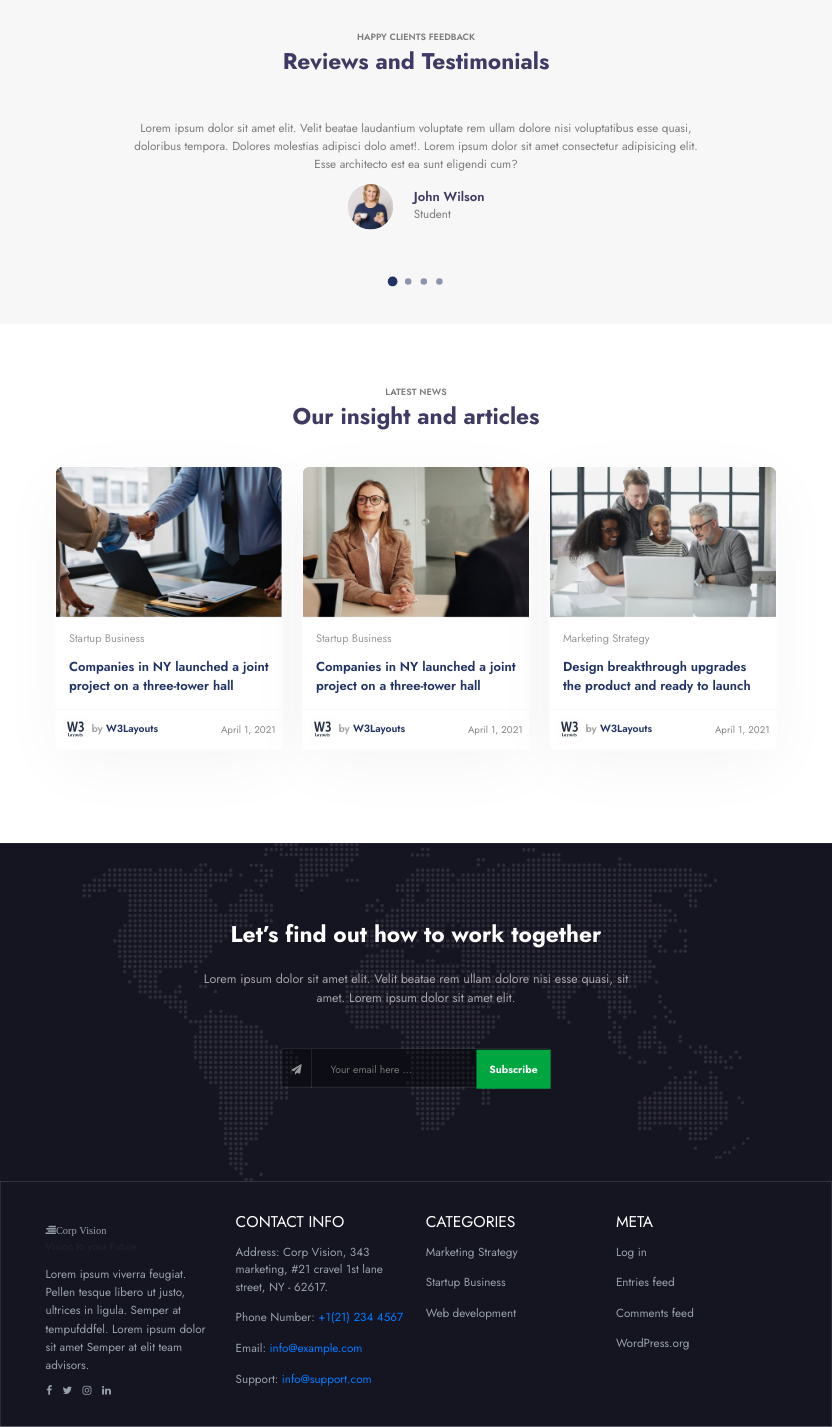
Repository: khaipnp/corpvision
Page: index.html
An editor plug-in stored every save of this project. The page is shown before and after the next save, followed by the edit.
The browser window is 1280 px wide. The pictures show the whole page, at 65% of full size.

Above is the page before, as saved 2021-07-04 13:32:26.

### index.html
<!DOCTYPE html>
<html lang="en">
  <head>
    <meta charset="UTF-8" />
    <meta http-equiv="X-UA-Compatible" content="IE=edge" />
    <meta name="viewport" content="width=device-width, initial-scale=1.0" />
    <title>Corpvision</title>
    <meta name="description" content="Corpvision Website" />
    <!-- FONT-GOOGLE -->
    <link rel="preconnect" href="https://fonts.gstatic.com" />
    <link
      href="https://fonts.googleapis.com/css2?family=Jost:ital,wght@0,100;0,200;0,300;0,400;0,500;0,600;0,700;0,800;0,900;1,400&display=swap"
      rel="stylesheet"
    />
    <!-- FONT-AWSOME -->
    <link
      rel="stylesheet"
      href="https://cdnjs.cloudflare.com/ajax/libs/font-awesome/5.15.3/css/all.min.css"
      integrity="sha512-iBBXm8fW90+nuLcSKlbmrPcLa0OT92xO1BIsZ+ywDWZCvqsWgccV3gFoRBv0z+8dLJgyAHIhR35VZc2oM/gI1w=="
      crossorigin="anonymous"
      referrerpolicy="no-referrer"
    />
    <link rel="stylesheet" href="./css/font-awesome.min.css" />
    <!-- OWL CAROUSEL -->
    <link
      rel="stylesheet"
      href="https://cdnjs.cloudflare.com/ajax/libs/OwlCarousel2/2.3.4/assets/owl.carousel.min.css"
      integrity="sha512-tS3S5qG0BlhnQROyJXvNjeEM4UpMXHrQfTGmbQ1gKmelCxlSEBUaxhRBj/EFTzpbP4RVSrpEikbmdJobCvhE3g=="
      crossorigin="anonymous"
      referrerpolicy="no-referrer"
    />
    <link
      rel="stylesheet"
      href="https://cdnjs.cloudflare.com/ajax/libs/OwlCarousel2/2.3.4/assets/owl.theme.default.css"
      integrity="sha512-OTcub78R3msOCtY3Tc6FzeDJ8N9qvQn1Ph49ou13xgA9VsH9+LRxoFU6EqLhW4+PKRfU+/HReXmSZXHEkpYoOA=="
      crossorigin="anonymous"
      referrerpolicy="no-referrer"
    />
    <!-- BOOTSTRAP -->
    <link
      rel="stylesheet"
      href="https://cdn.jsdelivr.net/npm/bootstrap@4.6.0/dist/css/bootstrap.min.css"
      integrity="sha384-B0vP5xmATw1+K9KRQjQERJvTumQW0nPEzvF6L/Z6nronJ3oUOFUFpCjEUQouq2+l"
      crossorigin="anonymous"
    />
    <!-- MAIN CSS -->
    <link rel="stylesheet" href="./css/main.css" />
  </head>
  <body>
    <header></header>
    <section class="feedback">
      <div class="feedback__content py-5">
        <div class="container">
          <h5 class="small-title col-12 text-center">Happy clients Feedback</h5>
          <h3 class="big-title col-12 text-center">Reviews and Testimonials</h3>
          <div class="testimonials owl-carousel owl-theme">
            <div class="testimonials__item">
              <p class="text-center col-12">
                Lorem ipsum dolor sit amet elit. Velit beatae laudantium
                voluptate rem ullam dolore nisi voluptatibus esse quasi,
                doloribus tempora. Dolores molestias adipisci dolo amet!. Lorem
                ipsum dolor sit amet consectetur adipisicing elit. Esse
                architecto est ea sunt eligendi cum?
              </p>
              <div
                class="
                  testimonials__desc
                  row
                  align-items-center
                  justify-content-center
                "
              >
                <div class="avatar mr-3">
                  <img src="./img/team1.jpg" alt="team 1" />
                </div>
                <div class="name ml-3">
                  <h3>John Wilson</h3>
                  <p>Student</p>
                </div>
              </div>
            </div>
            <div class="testimonials__item">
              <p class="text-center col-12">
                Lorem ipsum dolor sit amet elit. Velit beatae laudantium
                voluptate rem ullam dolore nisi voluptatibus esse quasi,
                doloribus tempora. Dolores molestias adipisci dolo amet!. Lorem
                ipsum dolor sit amet consectetur adipisicing elit. Esse
                architecto est ea sunt eligendi cum?
              </p>
              <div
                class="
                  testimonials__desc
                  row
                  align-items-center
                  justify-content-center
                "
              >
                <div class="avatar mr-3">
                  <img src="./img/team2.jpg" alt="team 2" />
                </div>
                <div class="name ml-3">
                  <h3>Julia Sakura</h3>
                  <p>Student</p>
                </div>
              </div>
            </div>
            <div class="testimonials__item">
              <p class="text-center col-12">
                Lorem ipsum dolor sit amet elit. Velit beatae laudantium
                voluptate rem ullam dolore nisi voluptatibus esse quasi,
                doloribus tempora. Dolores molestias adipisci dolo amet!. Lorem
                ipsum dolor sit amet consectetur adipisicing elit. Esse
                architecto est ea sunt eligendi cum?
              </p>
              <div
                class="
                  testimonials__desc
                  row
                  align-items-center
                  justify-content-center
                "
              >
                <div class="avatar mr-3">
                  <img src="./img/team3.jpg" alt="team 3" />
                </div>
                <div class="name ml-3">
                  <h3>Roy Linderson</h3>
                  <p>Student</p>
                </div>
              </div>
            </div>
            <div class="testimonials__item">
              <p class="text-center col-12">
                Lorem ipsum dolor sit amet elit. Velit beatae laudantium
                voluptate rem ullam dolore nisi voluptatibus esse quasi,
                doloribus tempora. Dolores molestias adipisci dolo amet!. Lorem
                ipsum dolor sit amet consectetur adipisicing elit. Esse
                architecto est ea sunt eligendi cum?
              </p>
              <div
                class="
                  testimonials__desc
                  row
                  align-items-center
                  justify-content-center
                "
              >
                <div class="avatar mr-3">
                  <img src="./img/team4.jpg" alt="team 4" />
                </div>
                <div class="name ml-3">
                  <h3>Smith Johnson</h3>
                  <p>Student</p>
                </div>
              </div>
            </div>
          </div>
        </div>
      </div>
    </section>
    <section class="news py-5">
      <div class="news__content py-5">
        <div class="container">
          <h5 class="small-title col-12 text-center">LATEST NEWS</h5>
          <h3 class="big-title col-12 text-center">Our insight and articles</h3>
          <div class="row py-5">
            <div class="news__item col-md-6 col-lg-4">
              <div class="news__card">
                <div class="card__thumbnail p-0 position-relative">
                  <img src="./img/blog1.jpg" alt="blog 1" />
                </div>
                <div class="card__content">
                  <p>Startup Business</p>
                  <a href="#">Companies in NY launched a joint project on a three-tower
                    hall</a>
                </div>
                <div class="card__footer">
                  <span><img src="./img/icon.jpeg" alt="" /> by <a href="#">W3Layouts</a></span>
                  <p>April 1, 2021</p>
                </div>
              </div>
            </div>
            <div class="news__item col-md-6 col-lg-4">
              <div class="news__card">
                <div class="card__thumbnail p-0 position-relative">
                  <img src="./img/blog2.jpg" alt="blog 1" />
                </div>
                <div class="card__content">
                  <p>Startup Business</p>
                  <a href="#">Companies in NY launched a joint project on a three-tower
                    hall</a>
                </div>
                <div class="card__footer">
                  <span><img src="./img/icon.jpeg" alt="" /> by <a href="#">W3Layouts</a></span>
                  <p>April 1, 2021</p>
                </div>
              </div>
            </div>
            <div class="news__item col-md-6 col-lg-4">
              <div class="news__card">
                <div class="card__thumbnail p-0 position-relative">
                  <img src="./img/blog3.jpg" alt="blog 1" />
                </div>
                <div class="card__content">
                  <p>Marketing Strategy</p>
                  <a href="#">Design breakthrough upgrades the product and ready to launch</a>
                </div>
                <div class="card__footer">
                  <span><img src="./img/icon.jpeg" alt="" /> by <a href="#">W3Layouts</a></span>
                  <p>April 1, 2021</p>
                </div>
              </div>
            </div>
          </div>
        </div>
      </div>
    </section>
    <div class="subscribe py-5">
      <div class="container">
        <div class="sub__box my-5 mx-auto align-items-center justify-content-center">
          <h3 class="big-title py-4 col-12 text-center">Let’s find out how to work together<h3>
          <p class="col-12 text-center">Lorem ipsum dolor sit amet elit. Velit beatae rem ullam dolore nisi esse quasi, sit amet. Lorem ipsum dolor sit amet elit.</p>
          <div class="input__email justify-content-center py-5">
            <form>
              <i class="fa fa-paper-plane"></i>
              <input type="email" placeholder="Your email here ...">
              <button>Subscribe</button>
            </form>
          </div>
        </div>
      </div>
    </div>
    <footer>
      <div class="footer__info container py-5 px-0">
        <div class="row justify-content-around">
          <div class="footer__content col-md-3 col-sm-12">
            <div class="logo__footer py-3">
              <i class="fa fa-align-right">Corp Vision</i>
              <div class="slogan">Vision to your Future</div>
            </div>
            <p>Lorem ipsum viverra feugiat. Pellen tesque libero ut justo, ultrices in ligula. Semper at tempufddfel. Lorem ipsum dolor sit amet Semper at elit team advisors.</p>
            <div class="social__network row justify-content-start">
              <i class="fa fa-facebook pl-3"></i>
              <i class="fa fa-twitter pl-3"></i>
              <i class="fa fa-instagram pl-3"></i>
              <i class="fa fa-linkedin pl-3"></i>
            </div>
          </div>
          <div class="footer__content col-md-3 col-sm-12">
            <h4>CONTACT INFO</h4>
            <ul class="list-group list-group-flush">
              <li class="list-group-item">Address: Corp Vision, 343 marketing, #21 cravel 1st lane street, NY - 62617.</li>
              <li class="list-group-item">Phone Number: <a href="tel:+1212344567">+1(21) 234 4567</a></li>
              <li class="list-group-item">Email: <a href="mailto:">info@example.com</a></li>
              <li class="list-group-item">Support: <a href="mailto:">info@support.com</a></li>
            </ul>
          </div>
          <div class="footer__content col-sm-6 col-md-3">
            <h4>CATEGORIES</h4>
            <ul class="list-group list-group-flush">
              <li class="list-group-item">Marketing Strategy</li>
              <li class="list-group-item">Startup Business</li>
              <li class="list-group-item">Web development</li>
            </ul>
          </div>
          <div class="footer__content col-sm-6 col-md-3">
            <h4>META</h4>
            <ul class="list-group list-group-flush">
              <li class="list-group-item">Log in</li>
              <li class="list-group-item">Entries feed</li>
              <li class="list-group-item">Comments feed</li>
              <li class="list-group-item">WordPress.org</li>
            </ul>
          </div>
        </div>
      </div>
    </footer>
    <!-- SCRIPT -->
    <!-- BOOTSTRAP -->
    <script
      src="https://cdnjs.cloudflare.com/ajax/libs/jquery/3.6.0/jquery.js"
      integrity="sha512-n/4gHW3atM3QqRcbCn6ewmpxcLAHGaDjpEBu4xZd47N0W2oQ+6q7oc3PXstrJYXcbNU1OHdQ1T7pAP+gi5Yu8g=="
      crossorigin="anonymous"
      referrerpolicy="no-referrer"
    ></script>
    <script
      src="https://cdn.jsdelivr.net/npm/bootstrap@4.6.0/dist/js/bootstrap.bundle.min.js"
      integrity="sha384-Piv4xVNRyMGpqkS2by6br4gNJ7DXjqk09RmUpJ8jgGtD7zP9yug3goQfGII0yAns"
      crossorigin="anonymous"
    ></script>
    <!-- OWL CAROUSEL -->
    <script src="./js/owl.carousel.min.js"></script>
    <script>
      $(document).ready(function () {
        $(".owl-carousel").owlCarousel({
          navigation: false,
          slideSpeed: 300,
          paginationSpeed: 400,
          singleItem: true,
          items: 1,
          // itemsDesktop : false,
          // itemsDesktopSmall : false,
          // itemsTablet: false,
          // itemsMobile : false
        });
      });
    </script>
  </body>
</html>

### css/main.css
* {
  padding: 0;
  margin: 0;
  box-sizing: border-box;
}

html,
body {
  font-family: "Jost", sans-serif;
  background: #fff;
}

.small-title {
  color: #7e7d7d;
  font-size: 14px;
  font-weight: 600;
  text-transform: uppercase;
}

.big-title {
  color: #3f3a64;
  font-size: 35px;
  font-weight: 700;
}

/* FEEDBACK */
.feedback {
  background-color: #f7f7f7;
}

.testimonials__item {
  margin: 60px auto;
  display: block;
  max-width: 900px;
  height: auto;
}

.testimonials__item p {
  color: #7e7d7d;
  font-size: 18px;
  line-height: 28px;
}

.testimonials__desc .avatar {
  width: 70px;
  height: 70px;
  overflow: hidden;
  border-radius: 50%;
}

.testimonials__desc .avatar img {
  width: 100%;
  height: 100%;
  object-fit: cover;
}

.name h3 {
  font-size: 20px;
  margin: 0;
  font-weight: 600;
  color: #3f3a64;
}
.name p {
  font-style: normal;
  margin-bottom: 0;
}

.owl-theme .owl-dots .owl-dot.active span,
.owl-theme .owl-dots .owl-dot span {
  background: rgba(33, 51, 100, 0.5);
  transform: scale(1);
  transition: all 0.5s;
}

.owl-theme .owl-dots .owl-dot.active span,
.owl-theme .owl-dots .owl-dot:hover span {
  background: #213364 !important;
  transform: scale(1.5);
}

/* NEWS */
.news__card {
  background-color: #fff;
  box-shadow: 0 25px 98px 0 rgb(0 0 0 / 4%);
  border: 1px solid transparent;
  border-radius: 10px;
}

.card__thumbnail {
  overflow: hidden;
  border-radius: 10px 10px 0 0;
}

.card__thumbnail img {
  width: 100%;
  border-radius: 10px 10px 0 0;
  object-fit: cover;
  cursor: pointer;
  transition: all 0.5s;
}

.card__thumbnail img:hover {
  transform: scale(1.15);
}

.card__content {
  padding: 20px;
}

.card__content p {
  color: #999;
  font-size: 17px;
  font-weight: 400;
}

.card__content a {
  text-decoration: none;
  color: #213364;
  font-size: 20px;
  font-weight: 600;
  transition: all 0.5s;
  cursor: pointer;
}

.card__content a:hover {
  color: #00a63f;
}

.card__footer {
  display: flex;
  justify-content: space-between;
  align-items: center;
  border-top: 1px solid rgba(126, 125, 125, 0.1);
  padding: 10px;
}

.card__footer a {
  color: #213364;
  font-size: 1rem;
  font-weight: 600;
  cursor: pointer;
  transition: all 0.5s;
  text-decoration: none;
}

.card__footer a:hover {
  color: #00a63f;
}

.card__footer img {
  cursor: pointer;
}

.card__footer span {
  color: rgb(102, 102, 102, 0.6);
  font-weight: 600;
}

.card__footer p {
  margin-bottom: 0;
  font-size: 15px;
  color: rgb(102, 102, 102, 0.8);
}

/* SUBCRIBE */
.subscribe {
  background-image: url(../img/map.png);
  background-color: #151421;
  background-size: contain;
  background-repeat: no-repeat;
  background-position: center;
}

.sub__box {
  max-width: 700px;
}

.sub__box .big-title {
  color: #fff;
}

.sub__box p {
  font-size: 1.2rem;
  color: rgba(255, 255, 255, 0.6);
  line-height: 1.5;
  font-weight: 400;
}

.input__email {
  display: flex;
}

.input__email form {
  border: 1px solid rgb(255, 255, 255, 0.15);
  border-radius: 5px;
  height: 60px;
  background: rgb(0, 0, 0, 0.35);
  max-width: 550px;
}

.input__email input {
  color: #999;
  padding: 20px 20px;
  border: none;
  font-size: 1rem;
  outline: none;
  background: none;
}

.input__email button {
  background-color: #00a63f;
  color: #fff;
  height: 60px;
  padding: 0 20px;
  border: none;
  font-size: 1rem;
  font-weight: 700;
  line-height: 60px;
  text-align: center;
}

.input__email i {
  text-align: center;
  color: #999;
  font-size: 1rem;
  border-right: 1px solid rgb(255, 255, 255, 0.15);
  line-height: 60px;
  padding: 0 15px;
}

/* FOOTER */

footer {
  background-color: #151421;
  border: 1px solid rgb(255, 255, 255, 0.15);
}

.footer__content p {
  color: #97a1a9;
  font-size: 18px;
  line-height: 28px;
}

.footer__content a {
  text-decoration: none !important;
}

.footer__content i {
  color: #97a1a9;
}

.footer__content h4 {
  color: #fefefe;
  font-weight: normal;
}

.footer__content .list-group-item {
  background-color: transparent !important;
  color: #97a1a9;
  border: none !important;
  font-size: 18px;
  padding: 10px 0 !important;
}

Loaded but not shown: css/font-awesome.min.css (library); js/owl.carousel.min.js (library)

After the next save:
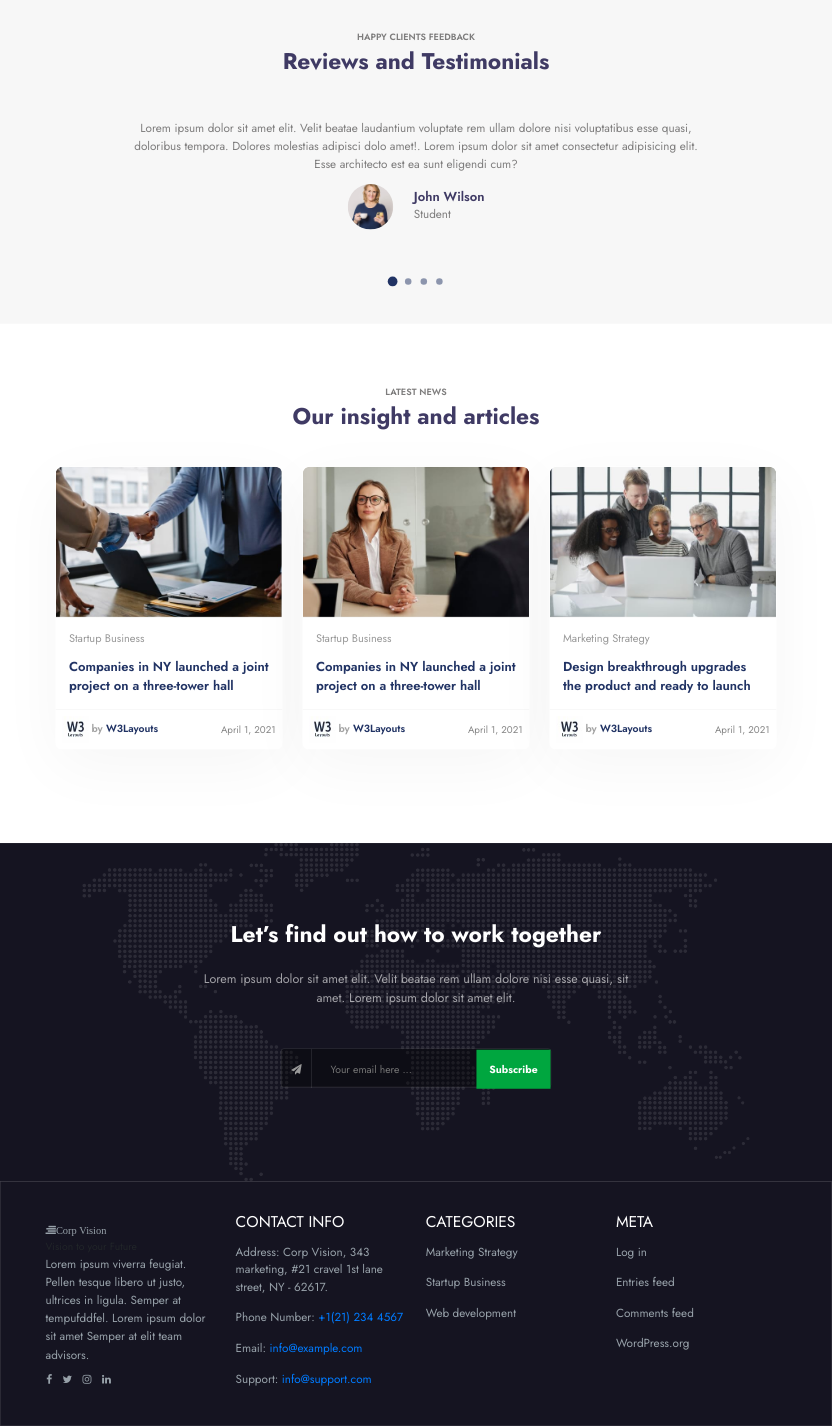
Saved 6 s later.
--- a/index.html
+++ b/index.html
@@ -234,7 +234,7 @@
       <div class="footer__info container py-5 px-0">
         <div class="row justify-content-around">
           <div class="footer__content col-md-3 col-sm-12">
-            <div class="logo__footer py-3">
+            <div class="logo__footer pt-3">
               <i class="fa fa-align-right">Corp Vision</i>
               <div class="slogan">Vision to your Future</div>
             </div>
